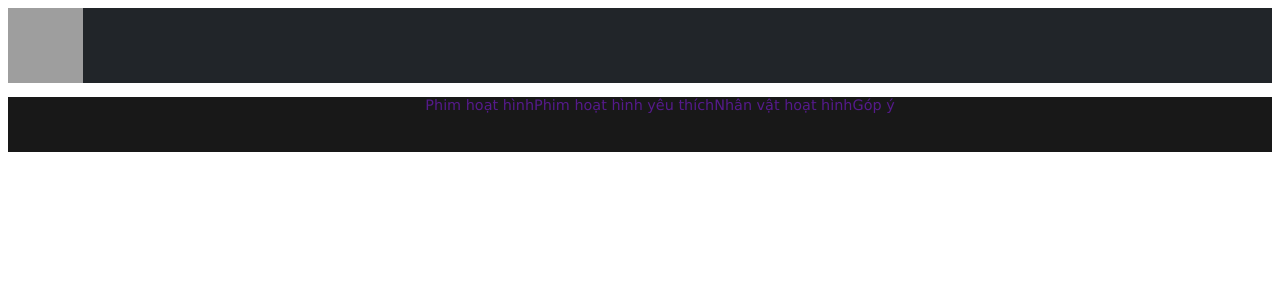
Repository: congle98/CSS_WebXemPhimYoutube
Page: index.html
The author's editor kept a copy of each file at every save. The page is drawn from the files as they stood at one save, then again after a run of saves.
The browser window is 1280 px wide. The pictures show the whole page.
Pictures or frames that could not be fetched are drawn as grey boxes.

Above is the page before, as saved 2021-05-26 17:09:43.

After the next 2 saves:
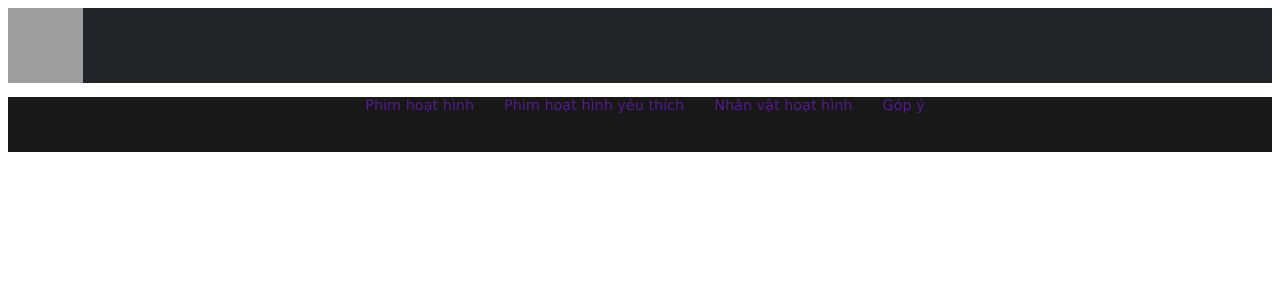
The 2 saves are shown as one change because they came seconds apart.
The last was saved 6 s later.
--- a/index.html
+++ b/index.html
@@ -40,7 +40,7 @@
         }
         .header-link-item{
             display: inline-block;
-            ma
+            margin-right: 30px;
         }
         .header-link-list{
             display: flex;
